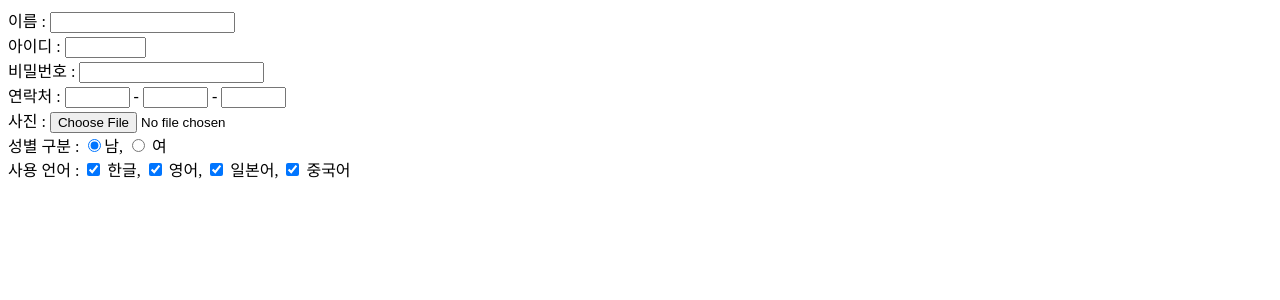
Repository: bjKim2/JSP
Page: HTML/src/main/webapp/Lec06.html
These files come from the project's save history. The page is drawn as it stood at one moment and after the next save; the edit follows.
The browser window is 1280 px wide. The pictures show the whole page.

Above is the page before, as saved 2022-03-15 05:15:00.

### HTML/src/main/webapp/Lec06.html
<!DOCTYPE html>
	<html>
	<head>
		<meta charset="UTF-8">
		<title>From Tag</title>
	</head>
	<body>
		<from action = '#' method='get'>
			이름 : <input type="text" name = "userName"  ><br>
			아이디 : <input type="text" name = "userId"  size = '7'><br>
			비밀번호 : <input type="password" name="userPassword"><br>
			연락처 : <input type="text" name = "phone1_1"  size = "5"> -
					<input type="text" name = "phone1_2"  size = "5"> -
					<input type="text" name = "phone1_3"  size = "5"> <br>
			사진 : <input type="file" name = "picture"> <br>
			성별 구분 : <input type="radio" name = "gender" value = "man" checked = "checked">남,
					<input type="radio" name="gender" value="woman"> 여 <br>
			사용 언어 :
					<input type="checkbox" name="lang" value="kor" checked="checked"> 한글,
					<input type="checkbox" name="lang" value="eng" checked="checked"> 영어,
					<input type="checkbox" name="lang" value="jpn" checked="checked"> 일본어,
					<input type="checkbox" name="lang" value="chn" checked="checked"> 중국어 <br>



		</from>
	</body>
</html>

After the next save:
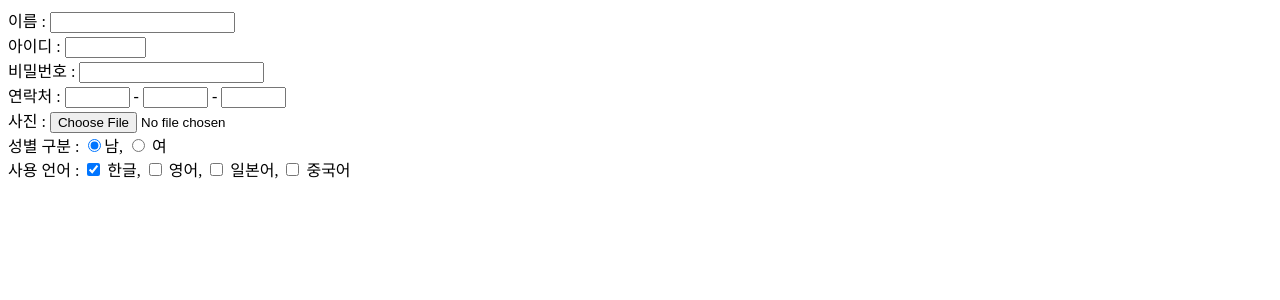
Saved 31 s later.
--- a/HTML/src/main/webapp/Lec06.html
+++ b/HTML/src/main/webapp/Lec06.html
@@ -17,9 +17,9 @@
 					<input type="radio" name="gender" value="woman"> 여 <br>
 			사용 언어 :
 					<input type="checkbox" name="lang" value="kor" checked="checked"> 한글,
-					<input type="checkbox" name="lang" value="eng" checked="checked"> 영어,
-					<input type="checkbox" name="lang" value="jpn" checked="checked"> 일본어,
-					<input type="checkbox" name="lang" value="chn" checked="checked"> 중국어 <br>
+					<input type="checkbox" name="lang" value="eng" > 영어,
+					<input type="checkbox" name="lang" value="jpn" > 일본어,
+					<input type="checkbox" name="lang" value="chn" > 중국어 <br>
 
 
 
